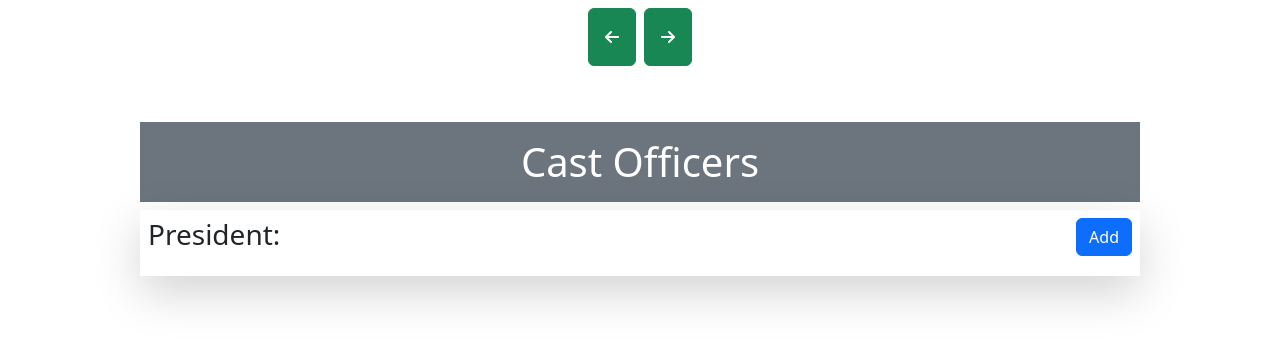
Repository: FRANZSAIJEM/livewire
Page: /second
An editor plug-in stored every save of this project. The page is shown before and after the next save, followed by the edit.
The browser window is 1280 px wide. The pictures show the whole page.
The page's requests for data from a server got no answer. Some web libraries are served in a nearby version. The project was rebuilt for these pictures with package versions that can differ from the ones it lists, and the page was loaded fresh each time. No one was signed in, and anything a server would have sent is missing. Also part of the build but not shown: vite.config.ts.

Above is the page before, as saved 2023-02-18 08:05:47.

### index.html
<!DOCTYPE html>
<html lang="en">
  <head>
    <meta charset="UTF-8">
    <link rel="icon" href="/favicon.ico">
    <meta name="viewport" content="width=device-width, initial-scale=1.0">
    <link href="https://cdn.jsdelivr.net/npm/bootstrap@5.0.2/dist/css/bootstrap.min.css" rel="stylesheet" integrity="sha384-EVSTQN3/azprG1Anm3QDgpJLIm9Nao0Yz1ztcQTwFspd3yD65VohhpuuCOmLASjC" crossorigin="anonymous">
    <link rel="stylesheet" href="https://cdnjs.cloudflare.com/ajax/libs/font-awesome/6.3.0/css/all.min.css" integrity="sha512-SzlrxWUlpfuzQ+pcUCosxcglQRNAq/DZjVsC0lE40xsADsfeQoEypE+enwcOiGjk/bSuGGKHEyjSoQ1zVisanQ==" crossorigin="anonymous" referrerpolicy="no-referrer" />
    <title>Vite App</title>
  </head>
  <body class="bg-white">
    <div id="app"></div>
    <script type="module" src="/src/main.ts"></script>
  </body>
</html>

### src/main.ts
import { createApp } from "vue";
import { createPinia } from "pinia";

import App from "./App.vue";
import router from "./router";
import "bootstrap/dist/css/bootstrap.min.css"
import bootstrap from "bootstrap/dist/js/bootstrap.bundle.js"

import "./assets/main.css";

const app = createApp(App);

app.use(createPinia());
app.use(router);

app.mount("#app");

### src/App.vue
<script setup>
import { RouterLink, RouterView } from 'vue-router'
</script>

<template>


<RouterView />
</template>

<style scoped>
#navbar {
  background-color: 	#4682B4 !important;
}
</style>

### src/router/index.js
import { createRouter, createWebHistory } from "vue-router";


const router = createRouter({
  history: createWebHistory(import.meta.env.BASE_URL),
  routes: [
    {
      path: '/',
      name: 'home',
      component: () => import('../views/HomeView.vue')
    },

    {
      path: '/second',
      name: 'secondPage',
      component: () => import('../views/SecondPageView.vue')
    },
    {
      path: "/edit/:id",
      name: "edit",
      component: () => import('../views/EditView.vue'),
      props: true
    },

  ],
});

export default router;

### src/views/SecondPageView.vue
<template>
    <div class="body">
      <div class="d-inline-flex m-1">

        <RouterLink to="/" class="btn btn-success m-1 p-3"> <i class="fa fa-arrow-left"></i> </RouterLink>
        <RouterLink to="/second" class="btn btn-success m-1 p-3"> <i class=" fa fa-arrow-right"></i> </RouterLink>

      </div>

      <div class="content mt-5">



        <h1 class="bg-secondary p-3 text-center text-white">Cast Officers</h1>

          <form action="">
            <div class="input-group mb-5 shadow-lg">
            <!-- <input v-model="newNameInput" type="text" name="" id="" class="form-control p-2" placeholder="Name" required>

              <select v-model="newYearInput" name="" id="" class="form-select" required>
                <option value="BSIT - 1">BSIT - 1</option>
                <option value="BSIT - 2">BSIT - 2</option>
                <option value="BSIT - 3">BSIT - 3</option>
                <option value="BSIT - 4">BSIT - 4</option>
              </select>


              <select v-model="newAttendanceInput" name="" id="" class="form-select" typeof="text" required>
                <option value="Present">Present</option>
                <option value="Absent">Absent</option>
                <option value="Late">Late</option>
              </select>

              <button @click="addAttendance()" class="btn btn-success"><i class="fa fa-person"></i> Add</button> -->

            <div class="float-start">
              <label for="" class="form-label p-2">
              <h3>President:</h3>
            </label>
            </div>

            <div class="ms-lg-auto m-2">
              <button class="btn btn-primary">Add</button>
            </div>

            </div>
          </form>



      <div v-for="attendance in attendances" :key="attendance.attendances" class="text-center">
        <div class="card-body">
          <div class="row">
            <table class="table table-striped table-bordered shadow-sm">
              <thead>
                <tr class="bg-secondary text-white">
                  <th>
                   Name
                  </th>
                  <th>
                   Year
                  </th>
                  <th>
                   Attendance
                  </th>
                  <th>
                   Action
                  </th>
                </tr>
              </thead>
              <tbody>
                <tr>
                  <td>
                    {{ attendance.name }}
                  </td>
                  <td>
                    {{ attendance.year }}
                  </td>
                  <td>
                    {{ attendance.attendance }}
                  </td>
                  <td>

                    <RouterLink :to="{ name: 'edit', params: { id: attendance.id }}" class="text-secondary" id="edit">
                        <button class="btn btn-success"><i class="fa fa-edit"></i> Edit</button>
                      </RouterLink>

                      <button class="btn btn-danger m-2 edit-button" data-bs-toggle="modal" data-bs-target="#exampleModal"> <i class="fa fa-remove"></i> Delete</button>

                  </td>
                </tr>
              </tbody>

            </table>

          </div>

        </div>

        <div class="modal fade" id="exampleModal" tabindex="-1" aria-labelledby="exampleModalLabel" aria-hidden="true">
                <div class="modal-dialog">
                  <div class="modal-content">
                    <div class="modal-header">
                      <h1 class="modal-title fs-5" id="exampleModalLabel">Delete Student</h1>
                      <button type="button" class="btn-close" data-bs-dismiss="modal" aria-label="Close"></button>
                    </div>
                    <div class="modal-body">
                      <h1>Are you sure you want to delete this student?</h1>
                    </div>
                    <div class="modal-footer">
                      <button type="button" class="btn btn-warning" data-bs-dismiss="modal"> <i class="fa fa-cancel"></i> Cancel</button>
                      <button @click="removeAttendance(attendance.id)" class="btn btn-danger m-2" data-bs-dismiss="modal"> <i class="fa fa-remove"></i> Yes</button>
                    </div>
                  </div>
                </div>
              </div>


              <div class="modal fade" id="editModal" tabindex="-1" aria-labelledby="editModalLabel" aria-hidden="true">
                <div class="modal-dialog">
                  <div class="modal-content">
                    <div class="modal-header">
                      <h1 class="modal-title fs-5" id="editModalLabel">Delete Student</h1>
                      <button type="button" class="btn-close" data-bs-dismiss="modal" aria-label="Close"></button>
                    </div>
                    <div class="modal-body">
                      <form>
                          <div class="mb-3">
                          <label for="name" class="col-form-label">Name: </label>
                          <input v-model="newNameInput" type="text" name="" id="" class="form-control p-2" placeholder="Name">
                          </div>


                          <div class="mb-3">
                          <label for="year" class="col-form-label">Year: </label>
                          <select v-model="newYearInput" name="" id="year" class="form-select">
                          <option value="BSIT - 1">BSIT - 1</option>
                          <option value="BSIT - 2">BSIT - 2</option>
                          <option value="BSIT - 3">BSIT - 3</option>
                          <option value="BSIT - 4">BSIT - 4</option>
                          </select>
                          </div>

                          <div class="mb-3">
                          <label for="attendance" class="col-form-label">Attendance: </label>
                          <select v-model="newAttendanceInput" name="" id="attendance" class="form-select" typeof="text">
                          <option value="Present">Present</option>
                          <option value="Absent">Absent</option>
                          <option value="Late">Late</option>
                          </select>
                      </div>

                      </form>
                    </div>
                    <div class="modal-footer">
                      <button type="button" class="btn btn-warning" data-bs-dismiss="modal"> <i class="fa fa-cancel"></i> Cancel</button>
                      <button @click="updateTask()" class="btn btn-danger m-2" data-bs-dismiss="modal"> <i class="fa fa-remove"></i> Yes</button>
                    </div>
                  </div>
                </div>
              </div>
      </div>




      </div>

    </div>

  </template>
  <script setup>
  import {ref, onMounted} from 'vue'
  import {db} from '../firebase/index.js'
  import {addDoc, collection, onSnapshot,deleteDoc, doc, updateDoc} from "firebase/firestore";
  import { RouterLink, RouterView } from 'vue-router'
  import { useRouter } from 'vue-router'



  onMounted(async()=>{
    const q = (collection(db, "attendance2"));

    onSnapshot(q,(querySnapshot)=> {


      const attendancesTmp = []


    querySnapshot.forEach((doc) => {

      const attendance = {
        id: doc.id,
        name: doc.data().name,
        year: doc.data().year,
        attendance: doc.data().attendance,
        completed: doc.data().completed
      }

      attendancesTmp.push(attendance)
    });
    attendances.value = attendancesTmp
    })
  })





  const newNameInput = ref('')
  const newYearInput = ref('BSIT - 1')
  const newAttendanceInput = ref('Present')

  const attendances = ref([])
  const id = ref(1)








  const addAttendance = async () => {
    if (newNameInput.value != '' && newYearInput.value != '' && newAttendanceInput.value != ''){

      await addDoc(collection(db,"attendance2"),{
        name:newNameInput.value,
        year: newYearInput.value,
        attendance: newAttendanceInput.value,
        completed: false
      })
      newNameInput.value = ''
      newYearInput.value = 'BSIT - 1'
      newAttendanceInput.value = 'Present'
    }
  }



  const removeAttendance = (id) => {
    deleteDoc(doc(db,"attendance2",id));
  }




  </script>

  <style>
  .content{
    width: 1000px;
  }
  .body{
    display: grid;
    place-items: center;
  }
  .line-through{
    text-decoration: line-through;
  }
  </style>

### src/Firebase/index.js
// Import the functions you need from the SDKs you need
import { initializeApp } from "firebase/app";
import { getFirestore } from "firebase/firestore";
// TODO: Add SDKs for Firebase products that you want to use
// https://firebase.google.com/docs/web/setup#available-libraries

// Your web app's Firebase configuration
// For Firebase JS SDK v7.20.0 and later, measurementId is optional
const firebaseConfig = {
  apiKey: "AIzaSyAMX2o86vjz4t0_o5yzBAC3be4yvcYFosY",
  authDomain: "mejiasfirebase.firebaseapp.com",
  projectId: "mejiasfirebase",
  storageBucket: "mejiasfirebase.appspot.com",
  messagingSenderId: "186163636848",
  appId: "1:186163636848:web:b2eff6247b796bf2f162b5",
  measurementId: "G-HE38LXTCYT"
};

// Initialize Firebase
const app = initializeApp(firebaseConfig);
const db = getFirestore(app);

export {db}

Loaded but not shown: src/assets/main.css (no stored copy; drawn as an empty file)

After the next save:
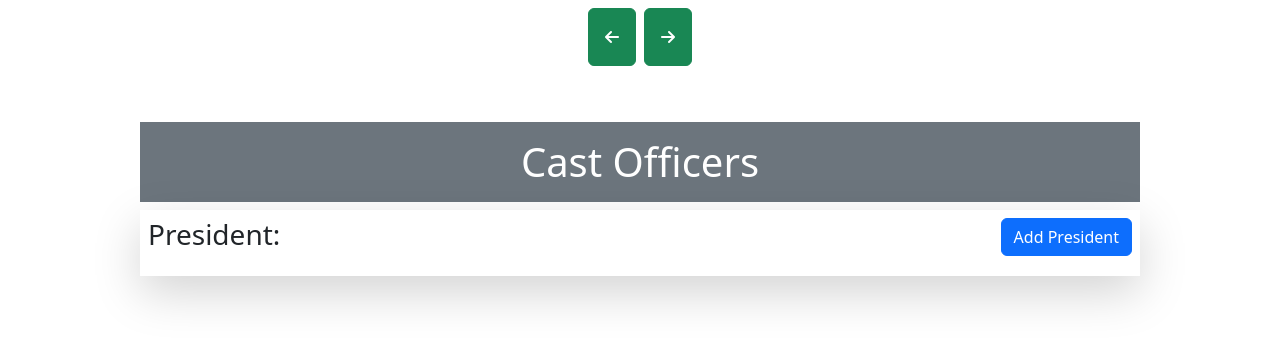
Saved 8 s later.
--- a/src/views/SecondPageView.vue
+++ b/src/views/SecondPageView.vue
@@ -40,7 +40,7 @@
             </div>
 
             <div class="ms-lg-auto m-2">
-              <button class="btn btn-primary">Add</button>
+              <button class="btn btn-primary">Add President</button>
             </div>
 
             </div>
